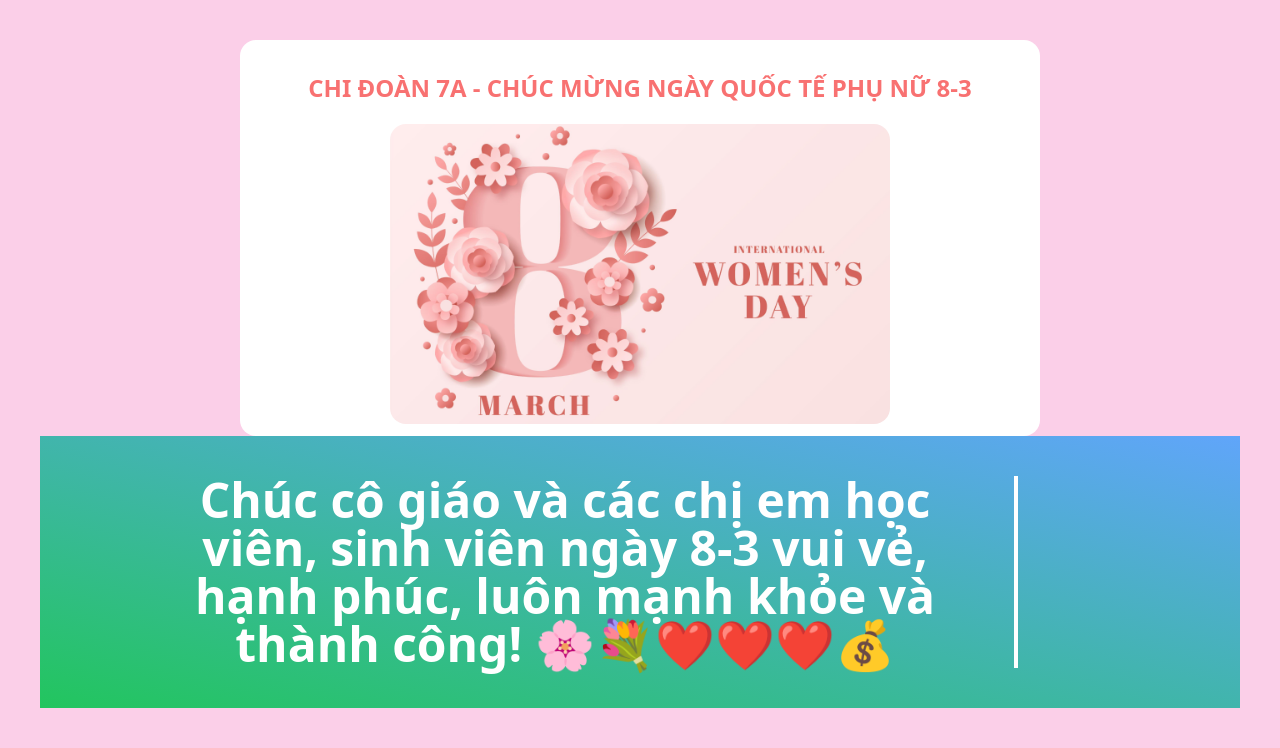
Repository: hoang0508/web-837A
Page: /
These files come from the project's save history. The page is drawn as it stood at one moment and after a run of saves; the edit follows.
The browser window is 1280 px wide. The pictures show the whole page.
Some web fonts or font styles are not loaded; a fallback is used. The project was rebuilt for these pictures with package versions that can differ from the ones it lists, and the page was loaded fresh each time. Also part of the build but not shown: vite.config.js.

Above is the page before, as saved 2025-02-28 18:57:23.

After the next 2 saves:
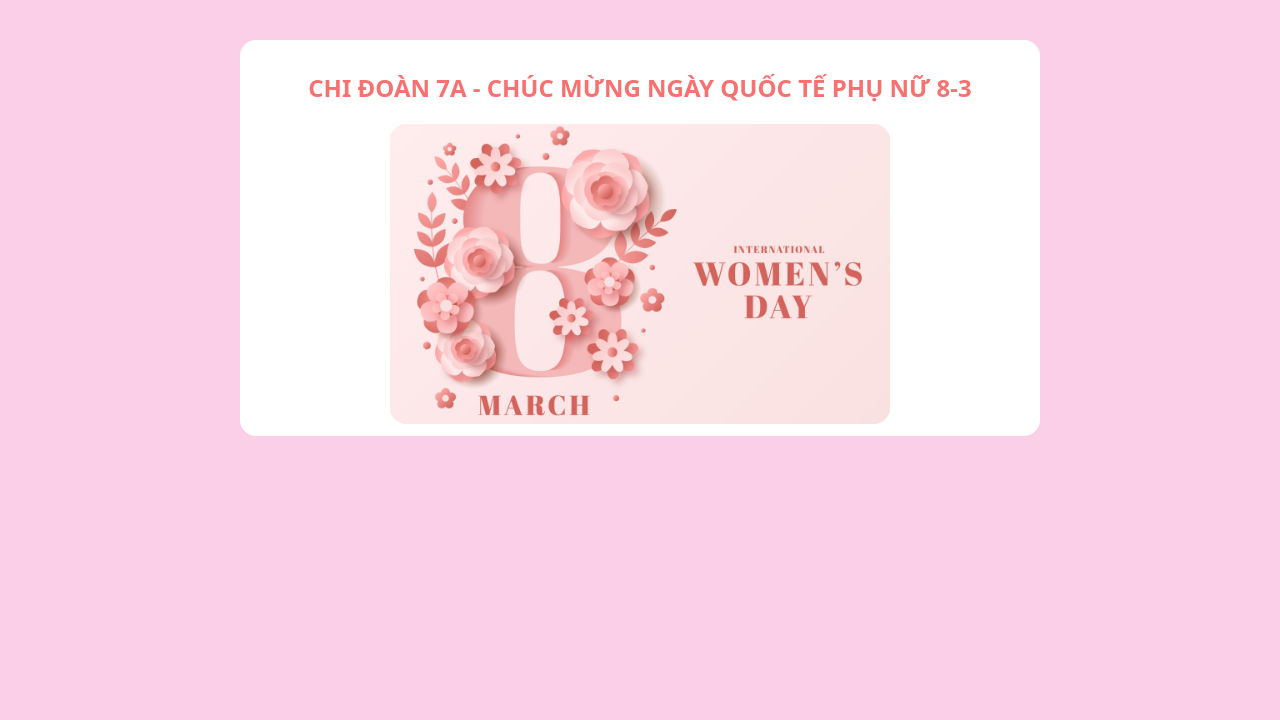
The 2 saves are shown as one change because they came seconds apart.
The last was saved 2 min 49 s later.
--- a/src/App.jsx
+++ b/src/App.jsx
@@ -22,14 +22,6 @@ function App() {
             />
           </div>
         </div>
-        <div className="bg-gradient-to-tr to-blue-400 from-green-500 p-10 flex justify-center items-center">
-          <div className="max-w-[90%]">
-            <h1 className="animate-typing border-r-4 border-r-white pr-5 text-5xl text-white font-bold break-words text-center">
-              Chúc cô giáo và các chị em học viên, sinh viên ngày 8-3 vui vẻ,
-              hạnh phúc, luôn mạnh khỏe và thành công! 🌸💐❤️❤️❤️💰
-            </h1>
-          </div>
-        </div>
       </div>
     </>
   );
